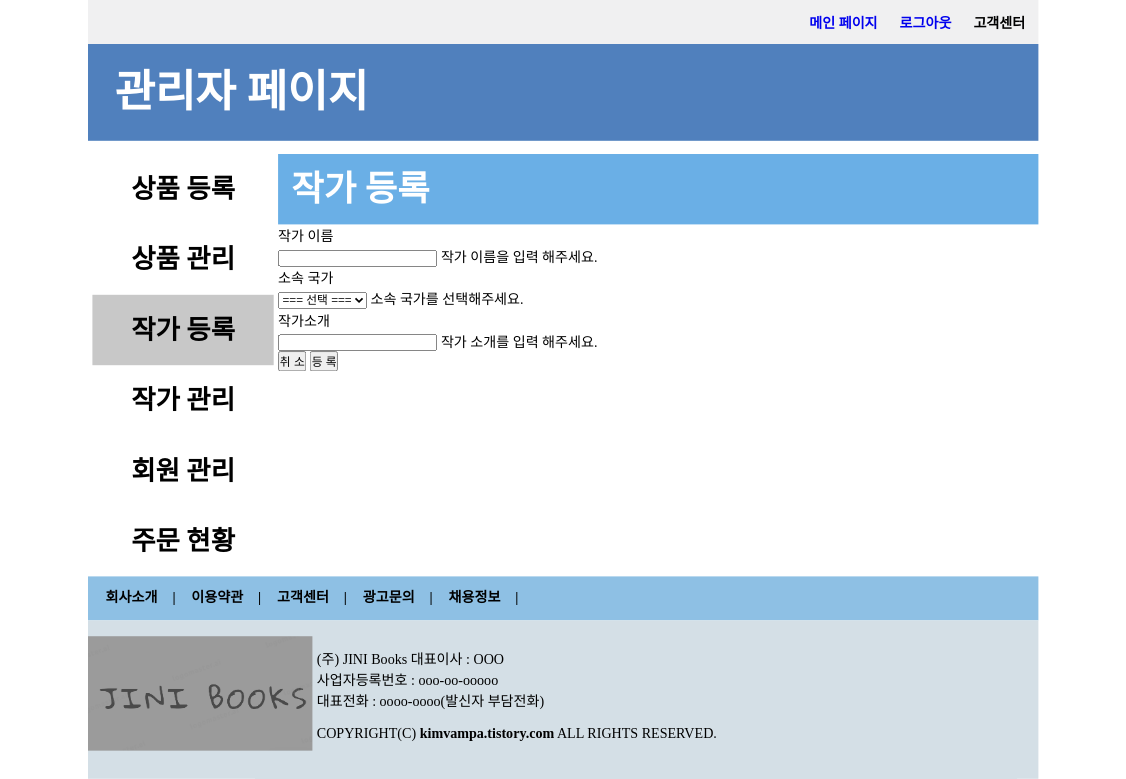
Repository: leechanjin7/ShoppingMall
Page: http://localhost/ShoppingMall/WEB-INF/views/admin/authorEnroll.jsp
An editor plug-in stored every save of this project. The page is shown before and after the next save, followed by the edit.
The browser window is 1280 px wide. The pictures show the whole page, at 88% of full size.
The page is served by Tomcat 9. Nobody is signed in. Other server files are loaded and not shown. The template is opened directly, without the code that normally fills it, so the values that code supplies are empty.

Above is the page before, as saved 2023-09-08 01:17:38.

### workspace/ShoppingMall/src/main/webapp/WEB-INF/views/admin/authorEnroll.jsp
<%@ page language="java" contentType="text/html; charset=UTF-8"
    pageEncoding="UTF-8"%>
<!DOCTYPE html>
<html>
<head>
<meta charset="UTF-8">
<title>Insert title here</title>
<link rel="stylesheet" href="../resources/css/admin/authorEnroll.css">

<script
  src="https://code.jquery.com/jquery-3.4.1.js"
  integrity="sha256-WpOohJOqMqqyKL9FccASB9O0KwACQJpFTUBLTYOVvVU="
  crossorigin="anonymous"></script>
</head>
</head>
<body>

				<%@include file="../includes/admin/header.jsp" %>

                <div class="admin_content_wrap">
                    <div class="admin_content_subject"><span>작가 등록</span>
                </div>
                    <div class="admin_content_main">
                    	<form action="/admin/authorEnroll.do" method="post" id="enrollForm">
                    		<div class="form_section">
                    			<div class="form_section_title">
                    				<label>작가 이름</label>
                    			</div>
                    			<div class="form_section_content">
                    				<input name="authorName">
                    				<span id="warn_authorName">작가 이름을 입력 해주세요.</span>
                    			</div>
                    		</div>
                    		<div class="form_section">
                    			<div class="form_section_title">
                    				<label>소속 국가</label>
                    			</div>
                    			<div class="form_section_content">
                    				<select name="nationId">
                    					<option value="none" selected>=== 선택 ===</option>
                    					<option value="01">국내</option>
                    					<option value="02">국외</option>
                    				</select>
                    				<span id="warn_nationId">소속 국가를 선택해주세요.</span>
                    			</div>
                    		</div>
                    		<div class="form_section">
                    			<div class="form_section_title">
                    				<label>작가소개</label>
                    			</div>
                    			<div class="form_section_content">
                    				<input name="authorIntro" type="text">
                    				<span id="warn_authorIntro">작가 소개를 입력 해주세요.</span>
                    			</div>
                    		</div>
                   		</form>
                   			<div class="btn_section">
                   				<button id="cancelBtn" class="btn">취 소</button>
	                    		<button id="enrollBtn" class="btn enroll_btn">등 록</button>
	                    	</div>
                    </div>
                </div>

                <%@include file="../includes/admin/footer.jsp" %>

<script>

	//등록 버튼
	$("#enrollBtn").click(function(){
		//검사 통과 유무 변수
		let nameCheck = false;			//작가이름
		let nationCheck = false;		//소속국가
		let introCheck = false;			//작가소개

		//입력값 변수
		let authorName = $('input[name=authorName]').val();
		let nationId = $('select[name=nationId]').val();
		let authorIntro = $('input[name=authorIntro]').val();

		//공란 경고 span 태그
		let wAuthorName = $('#warn_authorName');
		let wNationId = $('#warn_nationId');
		let wAuthorIntro = $('#warn_authorIntro');

	    /* 작가 이름 공란 체크 */
	    if(authorName ===''){
	        wAuthorName.css('display', 'block');
	        nameCheck = false;
	    } else{
	        wAuthorName.css('display', 'none');
	        nameCheck = true;
	    }

	    /* 소속 국가 공란 체크 */
	    if(nationId ==='none'){
	        wNationId.css('display', 'block');
	        nationCheck = false;
	    } else{
	        wNationId.css('display', 'none');
	        nationCheck = true;
	    }

	    /* 작가 소개 공란 체크 */
	    if(authorIntro ===''){
	        wAuthorIntro.css('display', 'block');
	        introCheck = false;
	    } else{
	        wAuthorIntro.css('display', 'none');
	        introCheck = true;
	    }

		//최종검사
		if(nameCheck && nationCheck && introCheck){
			$("#enrollForm").submit();
		}else{
			return;
		}


	});

	//취소 버튼
	$("#cancelBtn").click(function(){
		location.href = "/admin/authorManage"
	});




</script>

</body>
</html>

### workspace/ShoppingMall/src/main/webapp/WEB-INF/views/includes/admin/header.jsp
<%@ page language="java" contentType="text/html; charset=UTF-8"
    pageEncoding="UTF-8"%>


    <div class="wrapper">
        <div class="wrap">
            <!-- gnv_area -->
            <div class="top_gnb_area">
                <ul class="list">
                    <li><a href="/main">메인 페이지</a></li>
                    <li><a href="/member/logout.do">로그아웃</a></li>
                    <li>고객센터</li>
                </ul>
            </div>
            <!-- top_subject_area -->
            <div class="admin_top_wrap">
                <span>관리자 페이지</span>

            </div>
            <!-- contents-area -->
            <div class="admin_wrap">
                <!-- 네비영역 -->
                <div class="admin_navi_wrap">
                  <ul>
                      <li >
                          <a class="admin_list_01" href="/admin/goodsEnroll">상품 등록</a>
                      </li>
                      <li>
                          <a class="admin_list_02" href="/admin/goodsManage">상품 관리</a>
                      </li>
                      <li>
                          <a class="admin_list_03" href="/admin/authorEnroll">작가 등록</a>
                      </li>
                      <li>
                          <a class="admin_list_04" href="/admin/authorManage">작가 관리</a>
                      </li>
                      <li>
                          <a class="admin_list_05">회원 관리</a>
                      </li>
                      <li>
	                      <a class="admin_list_06" href="/admin/orderList">주문 현황</a>
	                  </li>
                  </ul>
                </div>

### workspace/ShoppingMall/src/main/webapp/WEB-INF/views/includes/admin/footer.jsp
<%@ page language="java" contentType="text/html; charset=UTF-8"
    pageEncoding="UTF-8"%>

     <div class="clearfix"></div>
            </div>


        <!-- Footer 영역 -->
        <div class="footer_nav">
            <div class="footer_nav_container">
                <ul>
                    <li>회사소개</li>
                    <span class="line">|</span>
                    <li>이용약관</li>
                    <span class="line">|</span>
                    <li>고객센터</li>
                    <span class="line">|</span>
                    <li>광고문의</li>
                    <span class="line">|</span>
                    <li>채용정보</li>
                    <span class="line">|</span>
                </ul>
            </div>
        </div> <!-- class="footer_nav" -->

        <div class="footer">
            <div class="footer_container">

                <div class="footer_left">
                    <img src="resources/img/Logo.png">
                </div>
                <div class="footer_right">
                    (주) JINI Books    대표이사 : OOO
                    <br>
                    사업자등록번호 : ooo-oo-ooooo
                    <br>
                    대표전화 : oooo-oooo(발신자 부담전화)
                    <br>
                    <br>
                    COPYRIGHT(C) <strong>kimvampa.tistory.com</strong>    ALL RIGHTS RESERVED.
                </div>
                <div class="clearfix"></div>
            </div>
        </div> <!-- class="footer" -->

        </div>
    </div>

### workspace/ShoppingMall/src/main/webapp/resources/css/admin/authorEnroll.css
@charset "UTF-8";
*{
    margin: 0;
    padding:0;
}
a{
    text-decoration: none;
}
ul{
    list-style: none;
}
/* 화면 전체 렙 */
.wrapper{
    width: 100%;
}
/* content 랩 */
.wrap{
    width : 1080px;
    margin: auto;
}
/* 홈페이지 기능 네비 */
.top_gnb_area{
    width: 100%;
    height: 50px;
    background-color: #f0f0f1;
    position:relative;
}
.top_gnb_area .list{
    position: absolute;
    top: 0px;
    right: 0;

}
.top_gnb_area .list li{
    list-style: none;
    float : left;
    padding: 13px 15px 0 10px;
    font-weight: 900;
    cursor: pointer;
}

/* 관리제 페이지 상단 현페이지 정보 */
.admin_top_wrap{
    height:110px;
    line-height: 110px;
    background-color: #5080bd;
    margin-bottom:15px;
}
.admin_top_wrap>span{
    margin-left: 30px;
    display:inline-block;
    color: white;
    font-size: 50px;
    font-weight: bolder;
}
/* 관리자 wrap(네비+컨텐츠) */
.admin_wrap{


}

/* 관리자페이지 네비 영역 */
.admin_navi_wrap{
    width: 20%;
    height: 300px;
    float:left;
    height: 100%;
}
.admin_navi_wrap li{
    display: block;
    height: 80px;
    line-height: 80px;
    text-align: center;
}
.admin_navi_wrap li a{
    display: block;
    height: 100%;
    width: 95%;
    margin: 0 auto;
    cursor: pointer;
    font-size: 30px;
    font-weight: bolder;
}
.admin_navi_wrap li a:link {color: black;}
.admin_navi_wrap li a:visited {color: black;}
.admin_navi_wrap li a:active {color: black;}
.admin_navi_wrap li a:hover {color: black;}

.admin_list_03{
    background-color: #c8c8c8;
}


/* 관리자페이지 컨텐츠 영역 */
.admin_content_wrap{
    width: 80%;
    float:left;
    height: 100%;

}
.admin_content_subject{            /* 관리자 컨텐츠 제목 영역 */
    font-size: 40px;
    font-weight: bolder;
    padding-left: 15px;
    background-color: #6AAFE6;
    height: 80px;
    line-height: 80px;
    color: white;
}

/* footer navai 영역 */
.footer_nav{
    width:100%;
    height:50px;
}
.footer_nav_container{
    width: 100%;
    height: 100%;
    background-color:#8EC0E4;
}
.footer_nav_container>ul{
    font-weight : bold;
    float:left;
    list-style:none;
    position:relative;
    padding-top:10px;
    line-height: 27px;
    font-family: dotum;
    margin-left: 10px;
}
.footer_nav_container>ul>li{
    display:inline;
    width: 45px;
    height: 19px;
    padding: 10px 9px 0 10px;
}
.footer_nav_container>ul>span{
    margin: 0 4px;
}
/* footer 영역 */
.footer{
    width:100%;
    height:130px;
    background-color:#D4DFE6;
    padding-bottom : 50px;
}
.footer_container{
    width: 100%;
    height: 100%;
    margin: auto;
}
.footer_left>img {
    width: 150%;
    height: 130px;
    margin-left: -20px;
    margin-top: -12px;
}
.footer_left{
    float :left;
    width: 170px;
    margin-left: 20px;
    margin-top : 30px;

}
.footer_right{
    float :left;
    width: 680px;
    margin-left: 70px;
    margin-top : 30px;
}




/* float 속성 해제 */
.clearfix{
    clear: both;
}

After the next save:
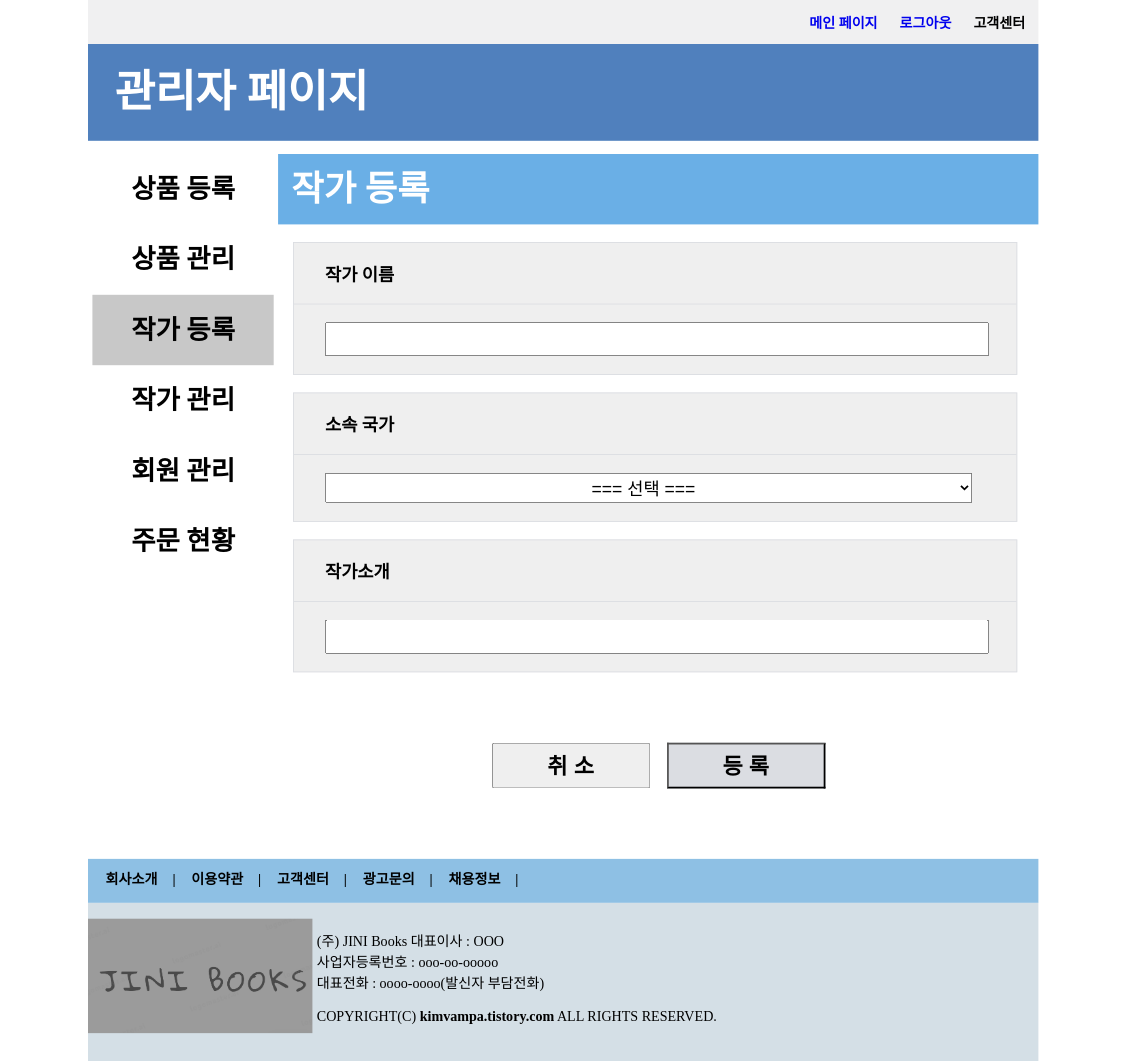
Saved 95 s later.
--- a/workspace/ShoppingMall/src/main/webapp/resources/css/admin/authorEnroll.css
+++ b/workspace/ShoppingMall/src/main/webapp/resources/css/admin/authorEnroll.css
@@ -107,6 +107,68 @@ ul{
     line-height: 80px;
     color: white;
 }
+
+/* 관리자 컨텐츠 메인 영역 */
+.form_section{
+    width: 95%;
+    margin-left: 2%;
+    margin-top: 20px;
+    border: 1px solid #dbdde2;
+    background-color: #efefef;
+}
+.form_section_title{
+    padding: 20px 35px;
+}
+.form_section_title label{
+    display: block;
+    font-size: 20px;
+    font-weight: 800;
+}
+.form_section_content{
+    padding: 20px 35px;
+    border-top: 1px solid #dbdde2;
+}
+.form_section_content input{
+    width: 98%;
+    height: 25px;
+    font-size: 20px;
+    padding: 5px 1%;
+}
+.form_section_content select{
+    width: 98%;
+    height: 35px;
+    font-size: 20px;
+    text-align-last: center;
+}
+
+/* 입력란 공란 경고 태그 */
+.form_section_content span{
+    display: none;
+    padding-top: 10px;
+    text-align: center;
+    color: #e05757;
+    font-weight: 300;
+}
+
+
+
+/* 버튼 영역 */
+.btn_section{
+    text-align: center;
+    margin: 80px 0;
+}
+.btn{
+    min-width: 180px;
+    padding: 4px 30px;
+    font-size: 25px;
+    font-weight: 600;
+    line-height: 40px;
+}
+.enroll_btn{
+    background-color: #dbdde2;
+    margin-left:15px;
+}
+
 
 /* footer navai 영역 */
 .footer_nav{
